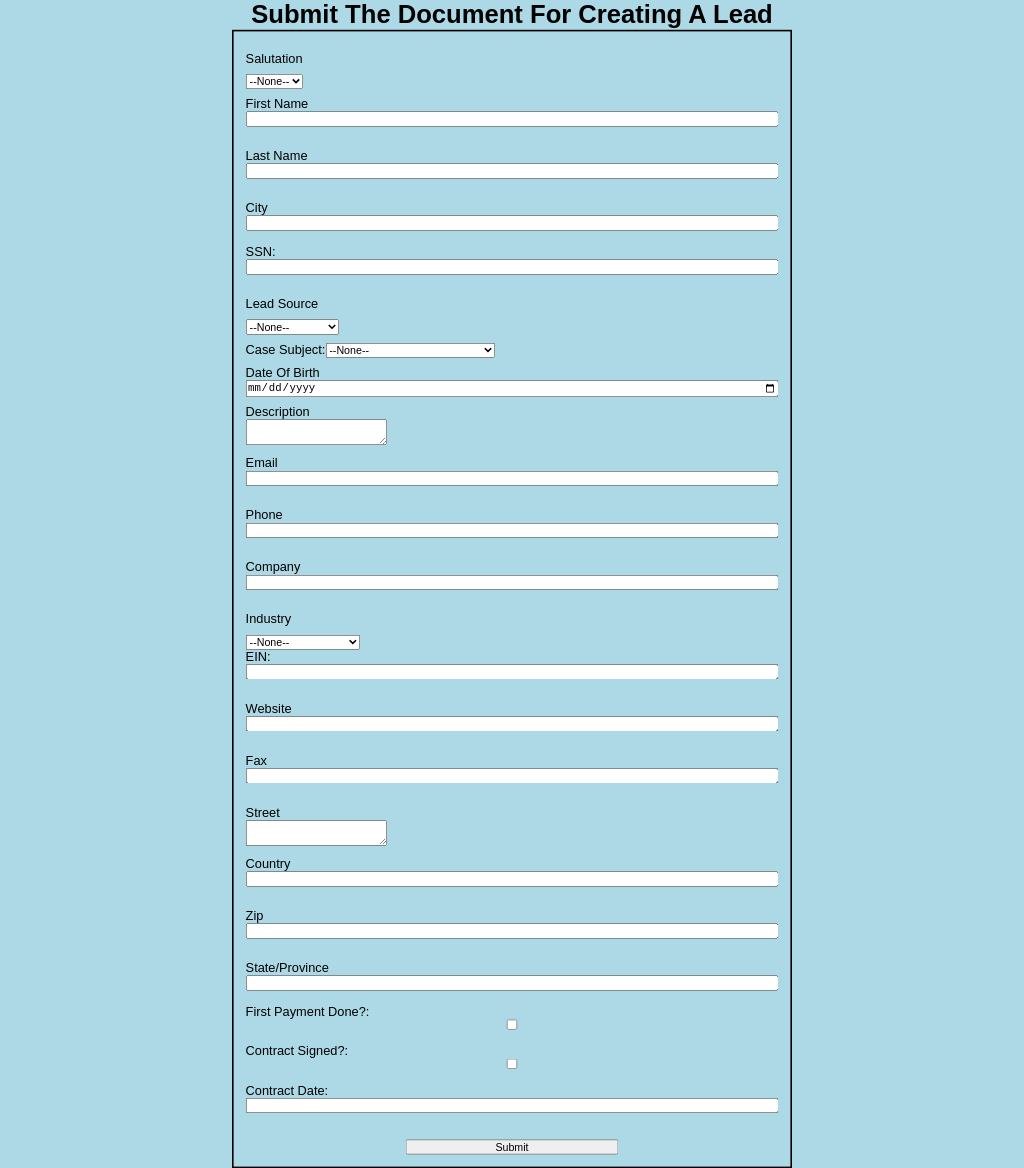
Repository: yaseminvural99/changeForce
Page: index.html
The author's editor kept a copy of each file at every save. The page is drawn from the files as they stood at one save, then again after the next save.
The browser window is 1280 px wide. The pictures show the part of the page from y = 324 to 1784 px (the page is 1784 px tall), at 80% of full size.
A picture or video elsewhere on the page could not be fetched, so the positions and the page height are approximate.

Above is the page before, as saved 2024-04-27 17:06:09.

### index.html
<!DOCTYPE html>
<!--How to Save ScreenShots as JPG on Mac-->
<!--https://www.youtube.com/watch?v=o4CYzVg10yg-->

<html lang="en">
<head>
    <meta charset="UTF-8">
    <meta name="'viewport" content="width=device-width, initial-scale=1.0">
    <title>Document</title>
    <link rel="stylesheet" href="style.css">
    <script>

    </script>
</head>
<body>
    <div class="banner">
        <img src="/Users/yaseminv/Desktop/mylaw.jpg" alt="Banner Image">
    </div>
    <h1>Submit The Document For Creating A Lead</h1>

<META HTTP-EQUIV="Content-type" CONTENT="text/html; charset=UTF-8">


    <form action="https://test.salesforce.com/servlet/servlet.WebToLead?encoding=UTF-8&orgId=00DU8000000LYuv" onsubmit="beforeSubmit()" method="POST">

    <input type=hidden name="oid" value="00DU8000000LYuv">
    <input type=hidden name="retURL" value="http://">
    <input type="hidden" name="date_of_birth__c" id="Date_of_Birth__c">


    <label for="salutation">Salutation</label><select  id="salutation" name="salutation"><option value="">--None--</option><option value="Mr.">Mr.</option>
    <option value="Ms.">Ms.</option>
    <option value="Mrs.">Mrs.</option>
    <option value="Dr.">Dr.</option>
    <option value="Prof.">Prof.</option>
    <option value="Mx.">Mx.</option>
    </select><br>

    <label for="first_name">First Name</label><input required id="first_name"  name="first_name" size="20" type="text" /><br>

    <label for="last_name">Last Name</label><input  required id="last_name"  name="last_name" size="20" type="text" /><br>

    <label for="city">City</label><input  required  id="city" name="city" size="20" type="text" /><br>

    SSN:<input  id="00NU8000000K5Zp"  name="00NU8000000K5Zp" size="20" type="text" /><br>

    <label for="lead_source">Lead Source</label><select  id="lead_source" name="lead_source"><option value="">--None--</option><option value="Web">Web</option>
    <option value="Phone Inquiry">Phone Inquiry</option>
    <option value="Partner Referral">Partner Referral</option>
    <option value="Purchased List">Purchased List</option>
    <option value="Other">Other</option>
    </select><br>

    Case Subject:<select  id="00NU8000000K5Wb" name="00NU8000000K5Wb" title="Case Subject"><option value="">--None--</option><option value="Affirmative Asylum">Affirmative Asylum</option>
    <option value="AOS Through Asylum">AOS Through Asylum</option>
    <option value="AOS Through Lottery">AOS Through Lottery</option>
    <option value="AOS Through Marriage">AOS Through Marriage</option>
    <option value="Change of Status (B2-F1/J1-F1)">Change of Status (B2-F1/J1-F1)</option>
    <option value="Company Formation">Company Formation</option>
    <option value="Consular Processing (Marriage)">Consular Processing (Marriage)</option>
    <option value="Defensive Asylum (!Non-NTA)">Defensive Asylum (!Non-NTA)</option>
    <option value="Defensive Asylum (Non-NTA)">Defensive Asylum (Non-NTA)</option>
    <option value="Defensive Asylum (NTA)">Defensive Asylum (NTA)</option>
    <option value="E-2 (Change of status)">E-2 (Change of status)</option>
    <option value="E-2 visa">E-2 visa</option>
    <option value="General Immigration">General Immigration</option>
    <option value="I-130 (Marriage)">I-130 (Marriage)</option>
    <option value="I-601A Waiver">I-601A Waiver</option>
    <option value="I-730 (Asylee Relative Petition)">I-730 (Asylee Relative Petition)</option>
    <option value="I-751 (Removing Conditions)">I-751 (Removing Conditions)</option>
    <option value="I-765">I-765</option>
    <option value="J-1 2 Year Rule Waiver">J-1 2 Year Rule Waiver</option>
    <option value="K-1 visa">K-1 visa</option>
    <option value="Mandamus">Mandamus</option>
    <option value="Naturalization">Naturalization</option>
    <option value="Personal Injury">Personal Injury</option>
    <option value="Uncontested Divorce">Uncontested Divorce</option>
    <option value="U visa">U visa</option>
    <option value="VAWA">VAWA</option>
    </select><br>

    <!--Date of Birth:<span class="dateInput dateOnlyInput"><input  id="00NU8000000K5bR" name="00NU8000000K5bR" size="12" type="text" /></span><br>-->
    <label for="date-of-birth"></label>Date Of Birth<input type="date" id="date-of-birth"/>
    <label for="description">Description</label><textarea name="description"></textarea><br>

    <label for="email">Email</label><input required id="email"  name="email" size="20" type="text" /><br>

    <label for="phone">Phone</label><input  id="phone" name="phone" size="20" type="text" /><br>

    <label for="company">Company</label><input  id="company" name="company" size="20" type="text" /><br>

    <label for="industry">Industry</label><select  id="industry" name="industry"><option value="">--None--</option><option value="Agriculture">Agriculture</option>
    <option value="Apparel">Apparel</option>
    <option value="Banking">Banking</option>
    <option value="Biotechnology">Biotechnology</option>
    <option value="Chemicals">Chemicals</option>
    <option value="Communications">Communications</option>
    <option value="Construction">Construction</option>
    <option value="Consulting">Consulting</option>
    <option value="Education">Education</option>
    <option value="Electronics">Electronics</option>
    <option value="Energy">Energy</option>
    <option value="Engineering">Engineering</option>
    <option value="Entertainment">Entertainment</option>
    <option value="Environmental">Environmental</option>
    <option value="Finance">Finance</option>
    <option value="Food &amp; Beverage">Food &amp; Beverage</option>
    <option value="Government">Government</option>
    <option value="Healthcare">Healthcare</option>
    <option value="Hospitality">Hospitality</option>
    <option value="Insurance">Insurance</option>
    <option value="Machinery">Machinery</option>
    <option value="Manufacturing">Manufacturing</option>
    <option value="Media">Media</option>
    <option value="Not For Profit">Not For Profit</option>
    <option value="Recreation">Recreation</option>
    <option value="Retail">Retail</option>
    <option value="Shipping">Shipping</option>
    <option value="Technology">Technology</option>
    <option value="Telecommunications">Telecommunications</option>
    <option value="Transportation">Transportation</option>
    <option value="Utilities">Utilities</option>
    <option value="Other">Other</option>
    </select><br>

    EIN:<input  id="00NU8000000K5YD"  name="00NU8000000K5YD" size="20" type="text" /><br>

    <label for="url">Website</label><input  id="url" name="url" size="20" type="text" /><br>

    <label for="fax">Fax</label><input  id="fax" name="fax" size="20" type="text" /><br>

    <label for="street">Street</label><textarea name="street"></textarea><br>

    <label for="country">Country</label><input  id="country"  name="country" size="20" type="text" /><br>

    <label for="zip">Zip</label><input  id="zip"name="zip" size="20" type="text" /><br>

    <label for="state">State/Province</label><input  id="state"  name="state" size="20" type="text" /><br>

    First Payment Done?:<input  id="00NU8000000K5d3" name="00NU8000000K5d3" type="checkbox" value="1" /><br>

    Contract Signed?:<input  id="00NU8000000K5gH" name="00NU8000000K5gH" type="checkbox" value="1" /><br>

    Contract Date:<span class="dateInput dateOnlyInput"><input  id="00NU8000000K5ef" name="00NU8000000K5ef" size="12" type="text" /></span><br>

    <input type="submit" name="submit">

    </form>
</body>
</html>

### style.css
*{
    margin: 0;
    padding: 0;
    box-sizing: border-box;
}
body {
    background-color: #add8e6; /* Light blue */
    font-family: Arial, sans-serif;
}
h1{
    text-align: center;
    margin-top: 20px;
}
label, input{
    display: block;

}
label{
    margin-top: 10px;
}
input{
    width: 100%;
}
form{
    min-width: 500px;
    max-width: 700px;
    margin: 0 auto;
    border: 2px solid black;
    padding: 15px;
}
select{
    margin-top: 10px;

}
option{
    margin-top: 10px;


}
input[type="submit"]{
    margin: 15px auto 0 auto;
    width: 40%;


}

After the next save:
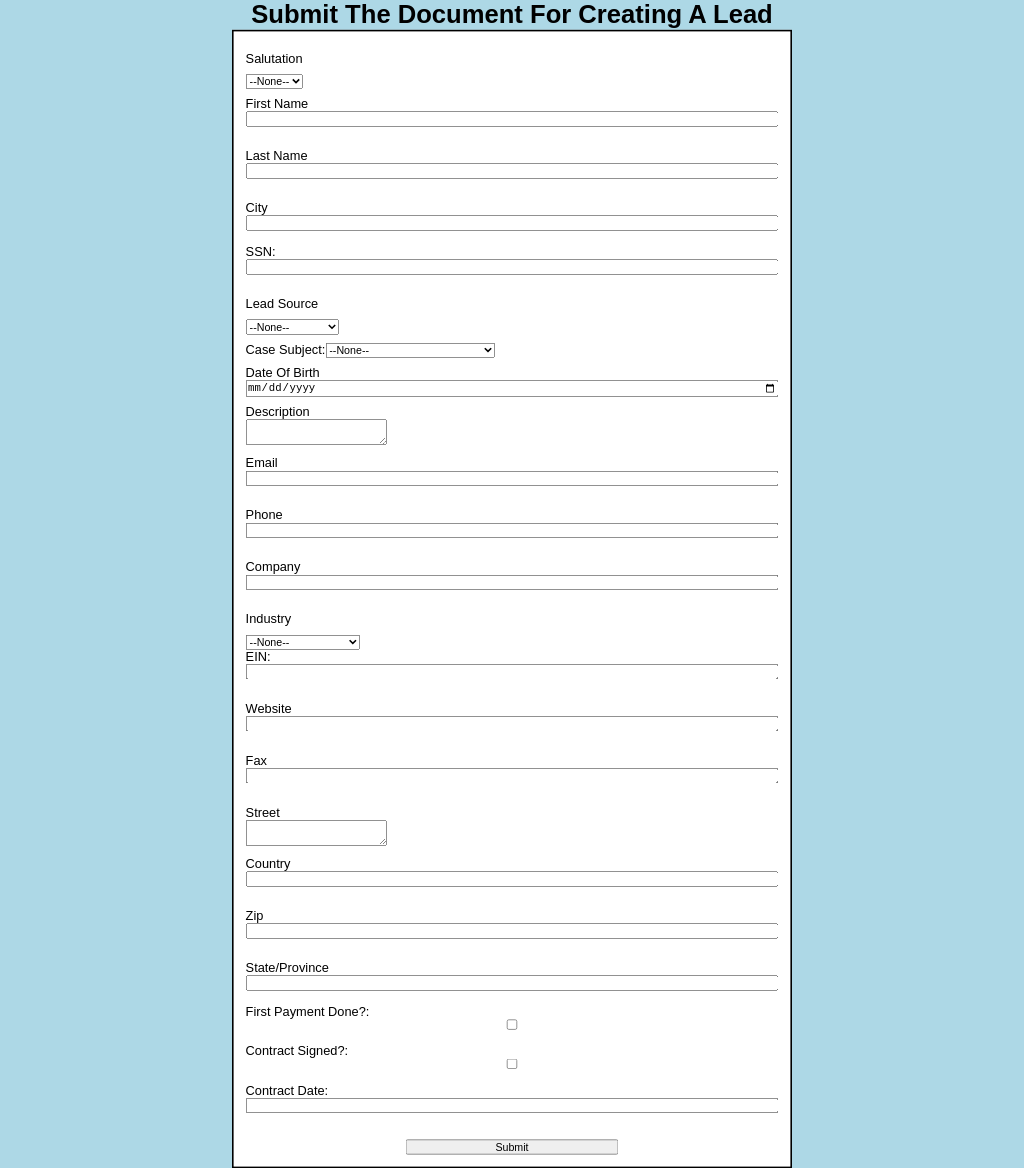
Saved 29 s later.
--- a/style.css
+++ b/style.css
@@ -27,6 +27,7 @@ form{
     margin: 0 auto;
     border: 2px solid black;
     padding: 15px;
+    background-color: #ffffff;
 }
 select{
     margin-top: 10px;
